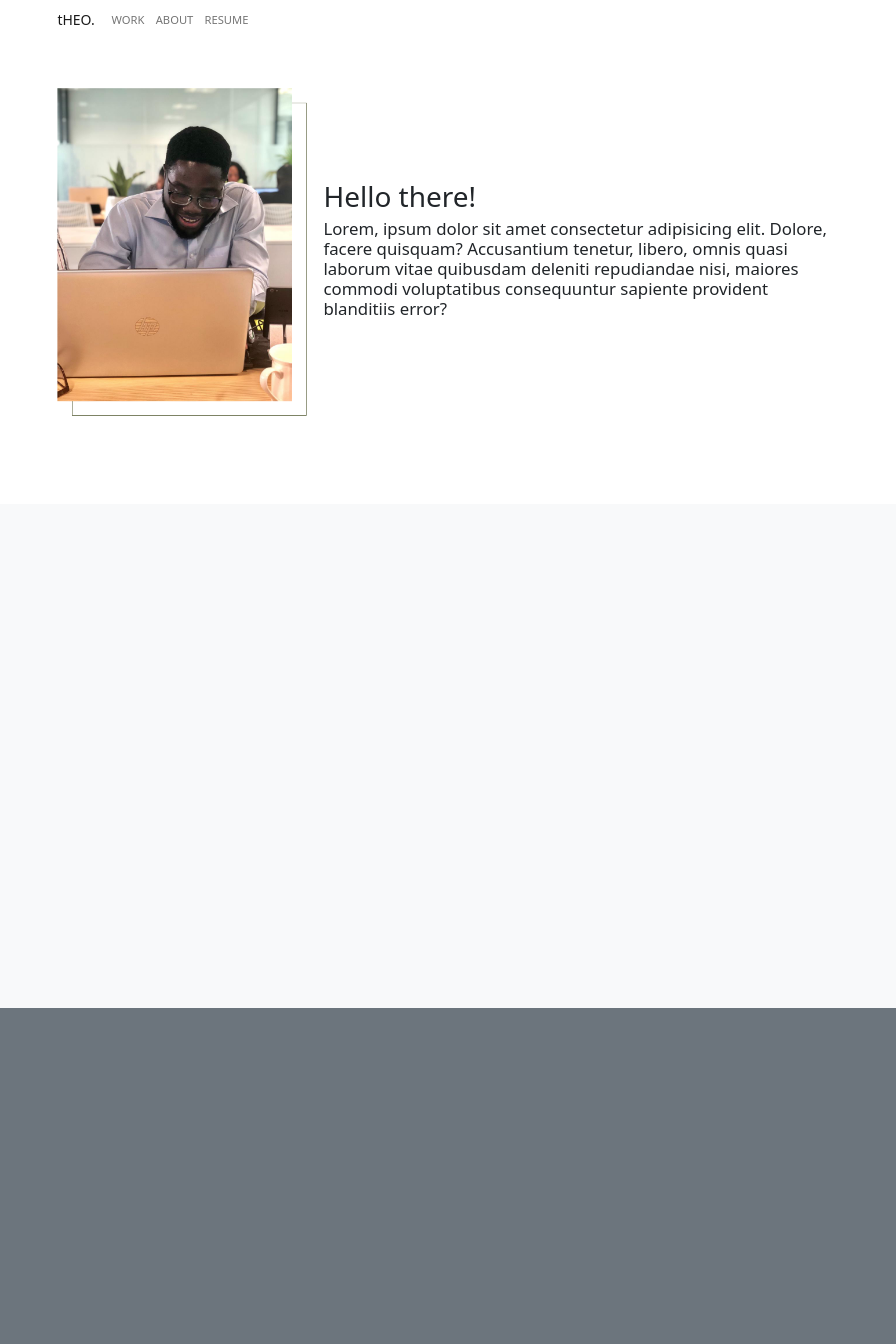
Repository: tHEO2k17/portfolio
Page: /
An editor plug-in stored every save of this project. The page is shown before and after the next save, followed by the edit.
The browser window is 1280 px wide. The pictures show the part of the page from y = 0 to 1920 px (the page is 3000 px tall), at 70% of full size.
The project was rebuilt for these pictures with package versions that can differ from the ones it lists, and the page was loaded fresh each time.

Above is the page before, as saved 2021-07-21 23:22:35.

### public/index.html
<!DOCTYPE html>
<html lang="en">
  <head>
    <meta charset="utf-8" />
    <link rel="icon" href="%PUBLIC_URL%/favicon.ico" />
    <meta name="viewport" content="width=device-width, initial-scale=1" />
    <meta name="theme-color" content="#000000" />
    <meta
      name="description"
      content="Web site created using create-react-app"
    />
    <link rel="apple-touch-icon" href="%PUBLIC_URL%/logo192.png" />
    <link rel="manifest" href="%PUBLIC_URL%/manifest.json" />
    <title>Theophilus Paintsil - Portfolio</title>
  </head>
  <body>
    <noscript>You need to enable JavaScript to run this app.</noscript>
    <div id="root"></div>
  </body>
</html>

### src/index.tsx
import React from 'react';
import ReactDOM from 'react-dom';
import './index.scss';
import App from './presentation/App';

ReactDOM.render(
  <React.StrictMode>
    <App />
  </React.StrictMode>,
  document.getElementById('root')
);

### src/presentation/App.tsx
import React from 'react';
import { Switch, Route, BrowserRouter as Router, } from 'react-router-dom';
import HomePage from './pages/HomePage';

function App() {
  return (
    <Router>
      <Switch>
        <Route exact path="/" component={HomePage} />
      </Switch>
    </Router>
  );
}

export default App;

### src/presentation/pages/HomePage.tsx
import { Col, Container, Nav, Navbar, Row, Image } from "react-bootstrap";

export default function HomePage() {
    return (
        <>
            <Navbar expand="lg" fixed="top" variant="light">
                <Container>
                    <Navbar.Brand href="#home">tHEO.</Navbar.Brand>
                    <Navbar.Toggle />
                    <Navbar.Collapse>
                        <Nav className="ml-0">
                            <Nav.Link href="#home">WORK</Nav.Link>
                            <Nav.Link href="#home">ABOUT</Nav.Link>
                            <Nav.Link href="#link">RESUME</Nav.Link>
                        </Nav>
                    </Navbar.Collapse>
                </Container>
            </Navbar>

            <header className="min-vh-100">
                <Container>
                    <Row className="align-items-center min-vh-100 my-auto">
                        <Col md="4"> <Image src="assets/images/theo.png" fluid /> </Col>
                        <Col>
                            <h1>Hello there!</h1>
                            <h4>
                                Lorem, ipsum dolor sit amet consectetur adipisicing elit. Dolore, facere quisquam? Accusantium tenetur, libero, omnis quasi laborum vitae quibusdam deleniti repudiandae nisi, maiores commodi voluptatibus consequuntur sapiente provident blanditiis error?
                            </h4>
                        </Col>
                    </Row>
                </Container>
            </header>

            <section className="bg-light min-vh-100">
                {/* skills and tools */}
            </section>

            <section className="bg-secondary min-vh-100">
                {/* employment history */}
            </section>

            <section className="bg-light min-vh-100">
                {/* work gallery */}
            </section>

            <footer className="bg-dark text-white">
                <Container className="py-5">
                    <Row>
                        <Col>&copy; {new Date().getFullYear()} Theophilus Paintsil. All rights reserved </Col>
                    </Row>
                </Container>
            </footer>

        </>
    );
}

Loaded but not shown: src/index.scss (common file)

After the next save:
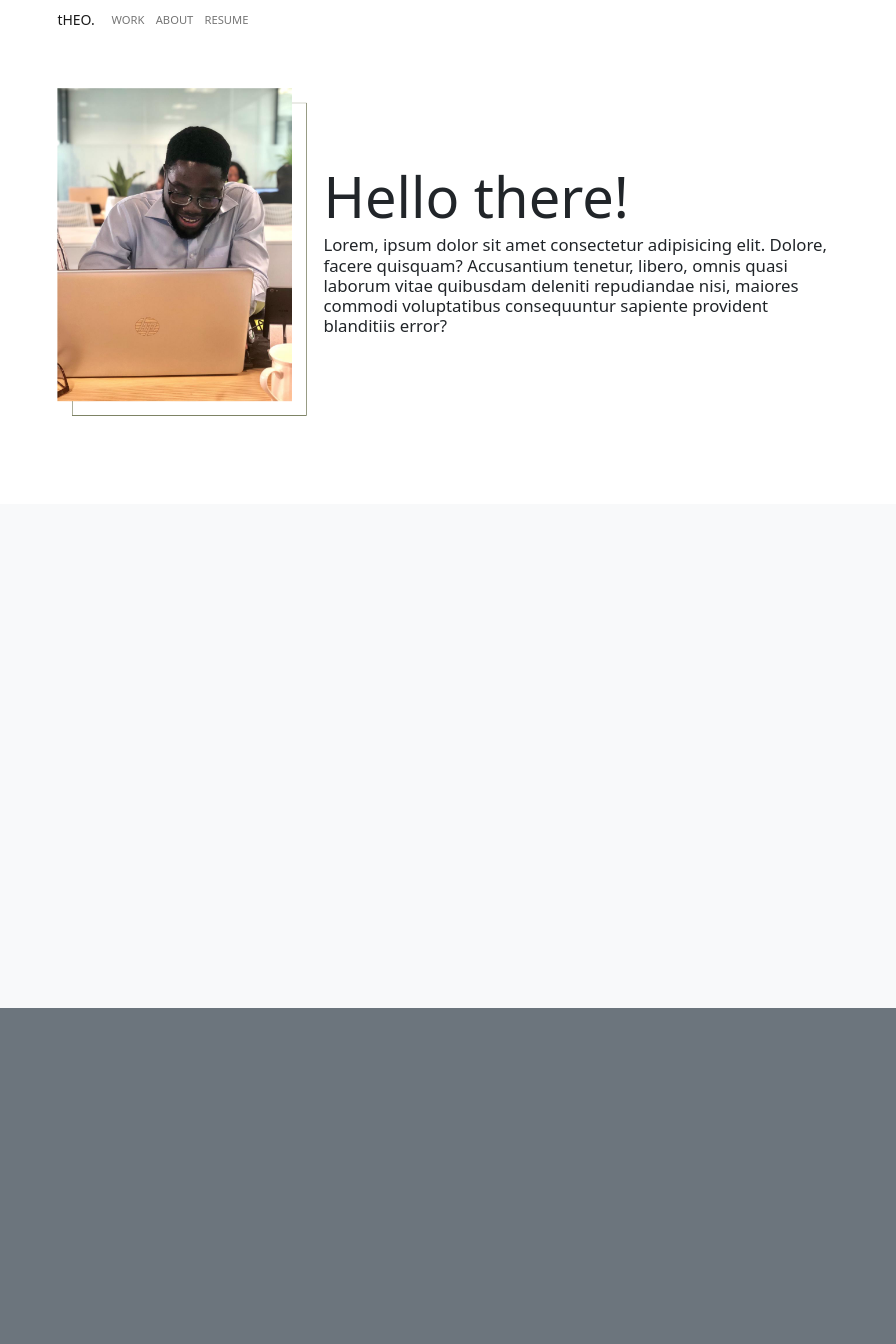
Saved 8 h 1 min later.
--- a/src/presentation/pages/HomePage.tsx
+++ b/src/presentation/pages/HomePage.tsx
@@ -22,7 +22,7 @@ export default function HomePage() {
                     <Row className="align-items-center min-vh-100 my-auto">
                         <Col md="4"> <Image src="assets/images/theo.png" fluid /> </Col>
                         <Col>
-                            <h1>Hello there!</h1>
+                            <h1 className="display-1">Hello there!</h1>
                             <h4>
                                 Lorem, ipsum dolor sit amet consectetur adipisicing elit. Dolore, facere quisquam? Accusantium tenetur, libero, omnis quasi laborum vitae quibusdam deleniti repudiandae nisi, maiores commodi voluptatibus consequuntur sapiente provident blanditiis error?
                             </h4>
